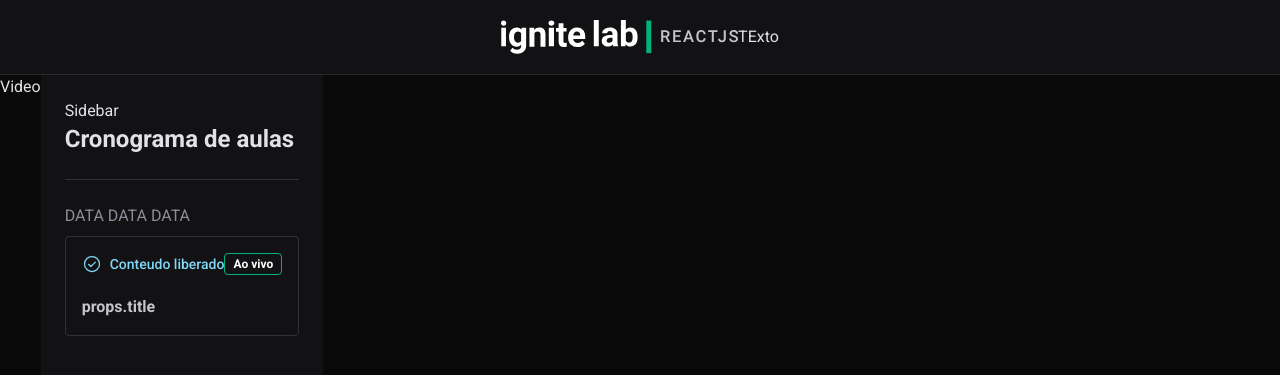
Repository: weltergab/Event_Plataform-IgniteLab
Page: /
The author's editor kept a copy of each file at every save. The page is drawn from the files as they stood at one save, then again after the next save.
The browser window is 1280 px wide. The pictures show the whole page.
The page's requests for data from a server got no answer. The project was rebuilt for these pictures with package versions that can differ from the ones it lists, and the page was loaded fresh each time. No one was signed in, and anything a server would have sent is missing. Also part of the build but not shown: vite.config.ts.

Above is the page before, as saved 2022-06-24 17:08:01.

After the next save:
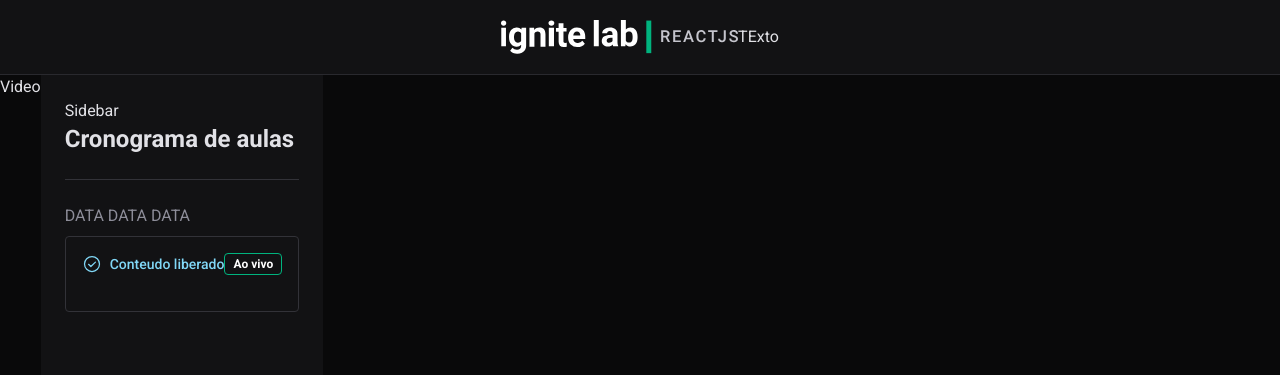
Saved 9 s later.
--- a/src/components/Lesson.tsx
+++ b/src/components/Lesson.tsx
@@ -25,7 +25,7 @@
                     </span>
                 </header>
                 <strong className="text-gray-200 mt-5 block">
-                    props.title
+                    {props.title}
                 </strong>
             </div>
         </a>
